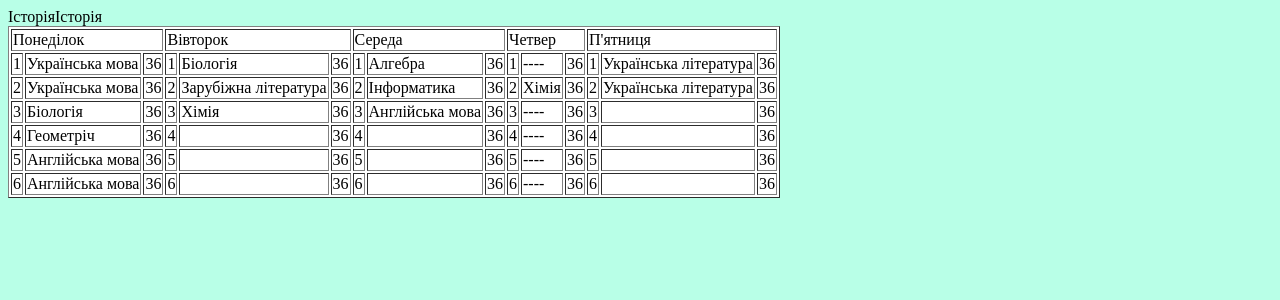
Repository: alexandrastarovoyda-star/homework_info
Page: pr7/html/pr7.html
The author's editor kept a copy of each file at every save. The page is drawn from the files as they stood at one save, then again after the next save.
The browser window is 1280 px wide. The pictures show the whole page.

Above is the page before, as saved 2026-03-14 19:16:42.

After the next save:
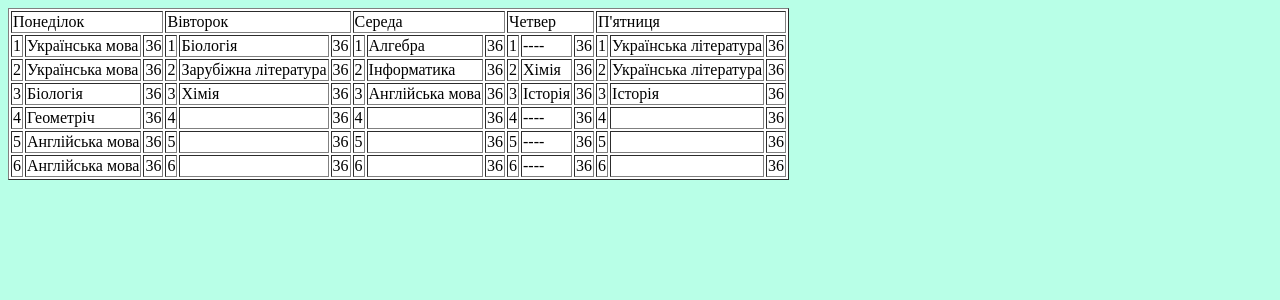
Saved 26 s later.
--- a/pr7/html/pr7.html
+++ b/pr7/html/pr7.html
@@ -32,8 +32,8 @@
         <td>3</td><td>Біологія</td><td>36</td>
         <td>3</td><td>Хімія</td><td>36</td>
         <td>3</td><td>Англійська мова</td><td>36</td>
-        <td>3</td>Історія<td>----</td><td>36</td>
-        <td>3</td>Історія<td></td><td>36</td>
+        <td>3</td><td>Історія</td><td>36</td>
+        <td>3</td><td>Історія</td><td>36</td>
         </tr>
         <tr>
         <td>4</td><td>Геометріч</td><td>36</td>
